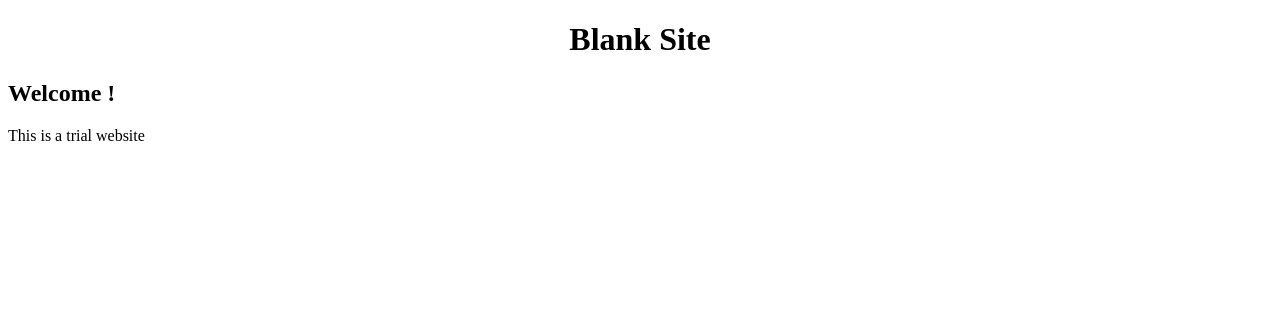
Repository: yhung004/Blank_Project
Page: index.html
An editor plug-in stored every save of this project. The page is shown before and after the next save, followed by the edit.
The browser window is 1280 px wide. The pictures show the whole page.

Above is the page before, as saved 2024-04-04 00:12:43.

### index.html
<!DOCTYPE html>
<html lang="en">
<head>
    <meta charset="UTF-8">
    <meta name="viewport" content="width=device-width, initial-scale=1.0">
    <title>Blank_Project</title>
    <link rel="stylesheet" href="index.css">
</head>
<body>
    <h1 class="header"> Blank Site</h1>
    <div class="main">
        <div class="main2"></div>
        <h2 class="header_2">Welcome !</h2>
        <p class="words">This is a trial website</p>
    </div>
</body>
</html>

### index.css
h1.header {
    text-align: center;
}
div.main {
    height: 200px;
    width: 200px;
}

After the next save:
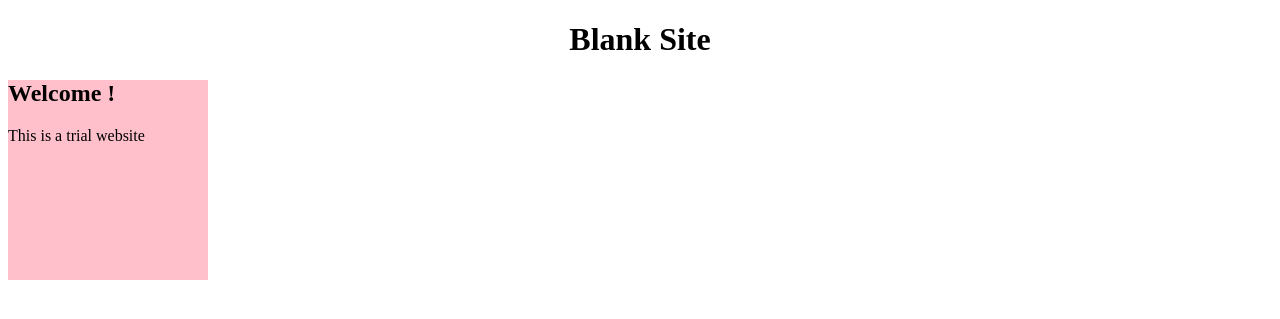
Saved 18 s later.
--- a/index.css
+++ b/index.css
@@ -4,4 +4,5 @@ h1.header {
 div.main {
     height: 200px;
     width: 200px;
+    background-color: pink
 }
